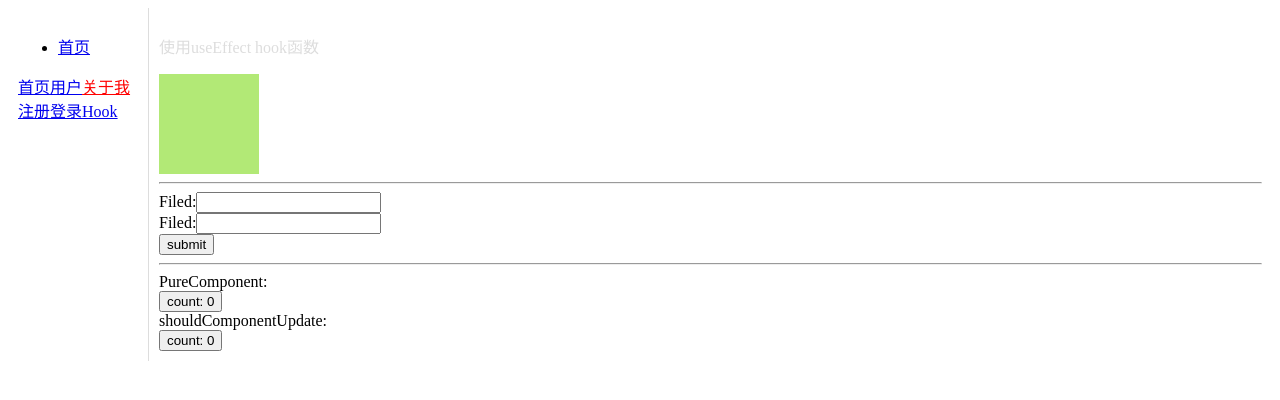
Repository: shellingfordly/js-library-Demo
Page: /about (app in demo/react/demo/)
The author's editor kept a copy of each file at every save. The page is drawn from the files as they stood at one save, then again after the next save.
The browser window is 1280 px wide. The pictures show the whole page.
The project was rebuilt for these pictures with package versions that can differ from the ones it lists, and the page was loaded fresh each time. Also part of the build but not shown: demo/react/demo/src/views/home/components/UseReducer.js, demo/react/demo/src/views/home/components/SetTimeout.js, demo/react/demo/src/views/home/hook/context.js, demo/react/demo/src/views/home/components/context/useContext.js, demo/react/demo/src/views/home/components/context/contextType.js, demo/react/demo/src/views/home/components/context/consumer.js, demo/react/demo/src/views/home/utils/highComponent.js, demo/react/demo/src/views/home/Home.js and 5 more.

Above is the page before, as saved 2021-01-17 22:54:31.

After the next save:
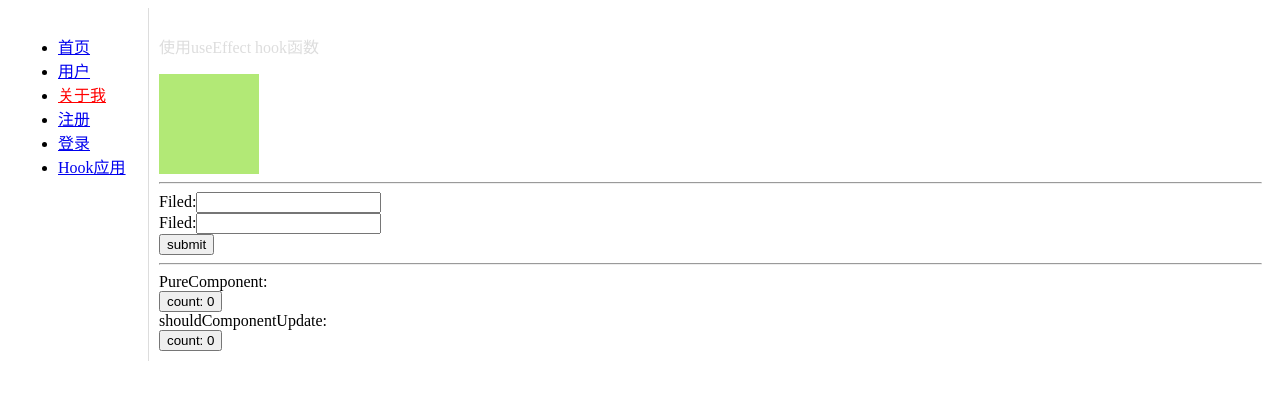
Saved 53 s later.
--- a/demo/react/demo/src/App.js
+++ b/demo/react/demo/src/App.js
@@ -36,17 +36,25 @@ export default class App extends Component {
         <div className="nav">
           <ul>
             <li>
-
-          <NavLink to='/home'>首页</NavLink>
+              <NavLink to='/home'>首页</NavLink>
+            </li>
+            <li>
+          <NavLink to='/user'>用户</NavLink>
+            </li>
+            <li>
+          <NavLink to='/about'>关于我</NavLink>
+            </li>
+            <li>
+          <NavLink to='/register'>注册</NavLink>
+            </li>
+            <li>
+          <NavLink to='/login'>登录</NavLink>
+            </li>
+            <li>
+          <NavLink to='/hook'>Hook应用</NavLink>
             </li>
           </ul>
 
-          <NavLink to='/home'>首页</NavLink>
-          <NavLink to='/user'>用户</NavLink>
-          <NavLink to='/about'>关于我</NavLink>
-          <NavLink to='/register'>注册</NavLink>
-          <NavLink to='/login'>登录</NavLink>
-          <NavLink to='/hook'>Hook</NavLink>
         </div>
         <div className="content">
           <Switch>
